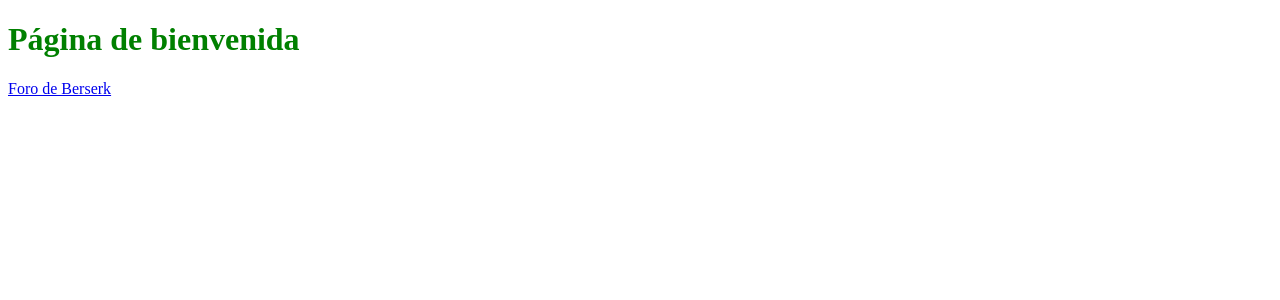
Repository: MateoSantander/Ejercicios4y5
Page: Ejercicio_4/src/main/webapp/index.html
These files come from the project's save history. The page is drawn as it stood at one moment and after the next save; the edit follows.
The browser window is 1280 px wide. The pictures show the whole page.

Above is the page before, as saved 2022-03-16 10:31:40.

### Ejercicio_4/src/main/webapp/index.html
<!DOCTYPE html>
<html>
<head>
<meta charset="UTF-8">
<title>Insert title here</title>
</head>
<body>
	<h1 style="color:green">Página de bienvenida</h1>
	<nav>
		<a href="otrasPaginas/pagina_principal.html">Foro de Berserk</a>
		</nav>
</body>
</html>

After the next save:
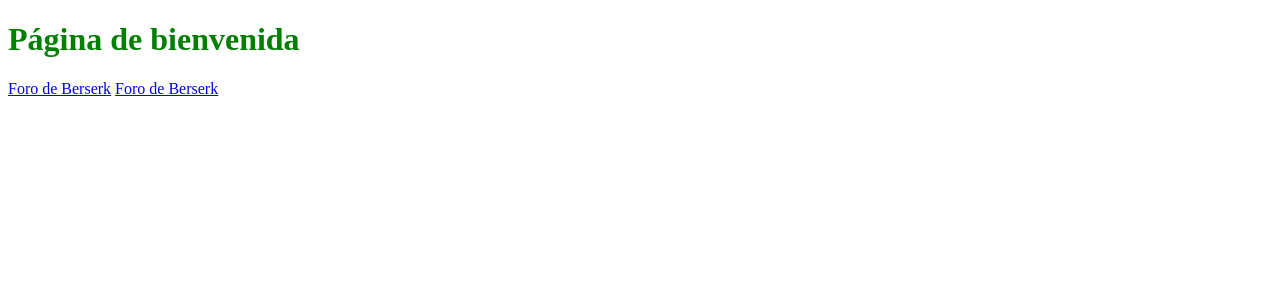
Saved 5 min 6 s later.
--- a/Ejercicio_4/src/main/webapp/index.html
+++ b/Ejercicio_4/src/main/webapp/index.html
@@ -8,6 +8,7 @@
 	<h1 style="color:green">Página de bienvenida</h1>
 	<nav>
 		<a href="otrasPaginas/pagina_principal.html">Foro de Berserk</a>
+		<a href="otrasPaginas/paginaCV.html">Foro de Berserk</a>
 		</nav>
 </body>
 </html>
